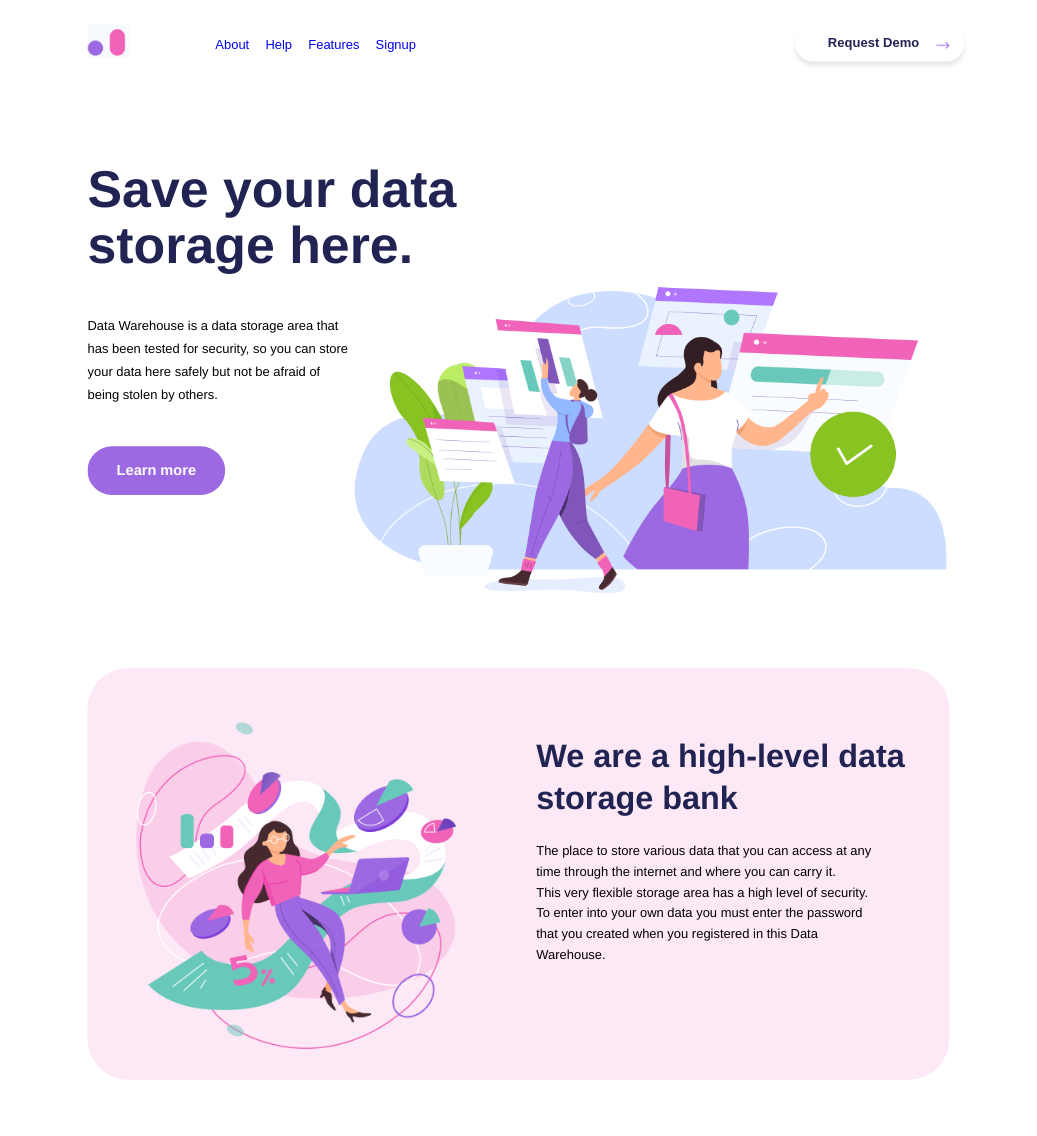
Repository: batonAnton/HW6_flexbox
Page: index.html
These files come from the project's save history. The page is drawn as it stood at one moment and after the next save; the edit follows.
The browser window is 1280 px wide. The pictures show the whole page, at 81% of full size.
Some web fonts or font styles are not loaded; a fallback is used.

Above is the page before, as saved 2022-06-18 11:40:02.

After the next save:
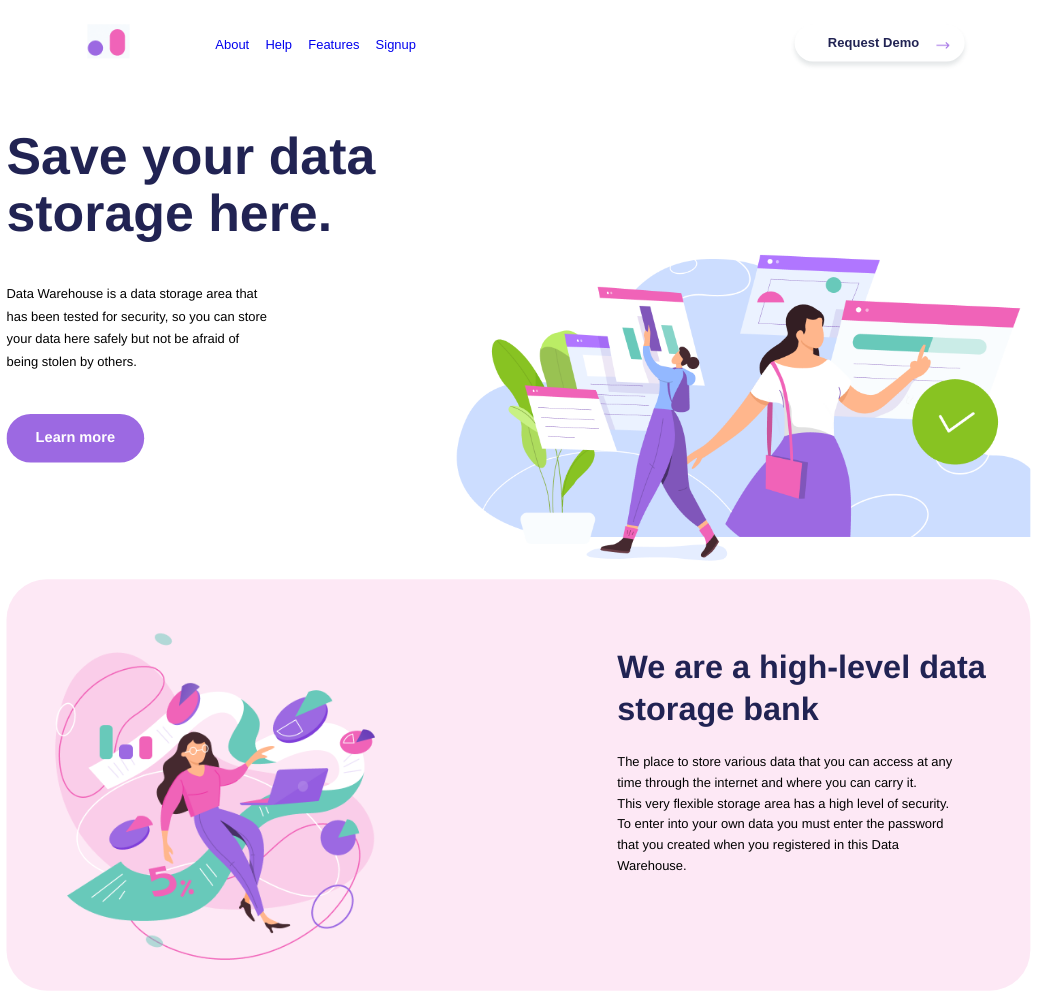
Saved 5 min 12 s later.
--- a/css/style.css
+++ b/css/style.css
@@ -4,7 +4,7 @@ body {
 }
 
 .allstyles{
-
+    margin: 70px 100px;
 }
 
 header {
@@ -72,7 +72,6 @@ button:hover {
 
 .section {
   display: flex;
-  margin: 70px 100px;
   position: relative;
   height: 600px;
   overflow: hidden;
@@ -133,7 +132,6 @@ button:hover {
 .section2{
     display: flex;
     justify-content: space-between;
-    margin: 70px 100px;
     background: rgba(240, 99, 184, 0.15);
     border-radius: 50px;
     font-family: 'Avenir', Helvetica, sans-serif;

After the save that followed:
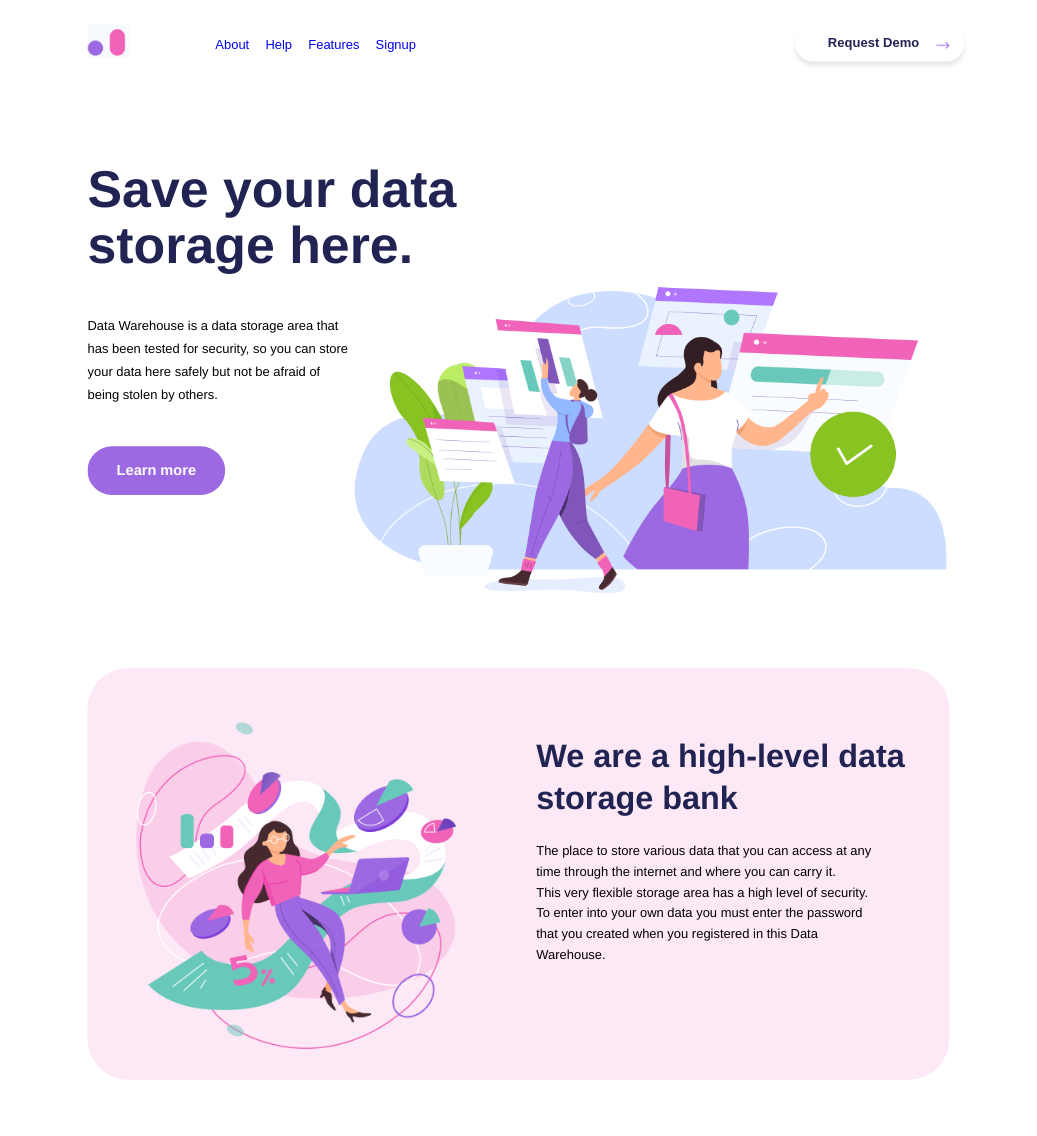
Saved 27 s later.
--- a/index.html
+++ b/index.html
@@ -43,7 +43,7 @@
         </div>
     </header>
 
-    <div class="section">
+    <div class="section allstyles">
         <div class="info">
             <h1>Save your data <br> storage here.</h1>
             <p>Data Warehouse is a data storage area that <br>has been
@@ -57,7 +57,7 @@
         </div>
     </div>
 
-    <div class="section2">
+    <div class="section2 allstyles">
         <div class="sectin2-img">
             <img src="./images/assideimg.png" alt="assideimg">
         </div>
